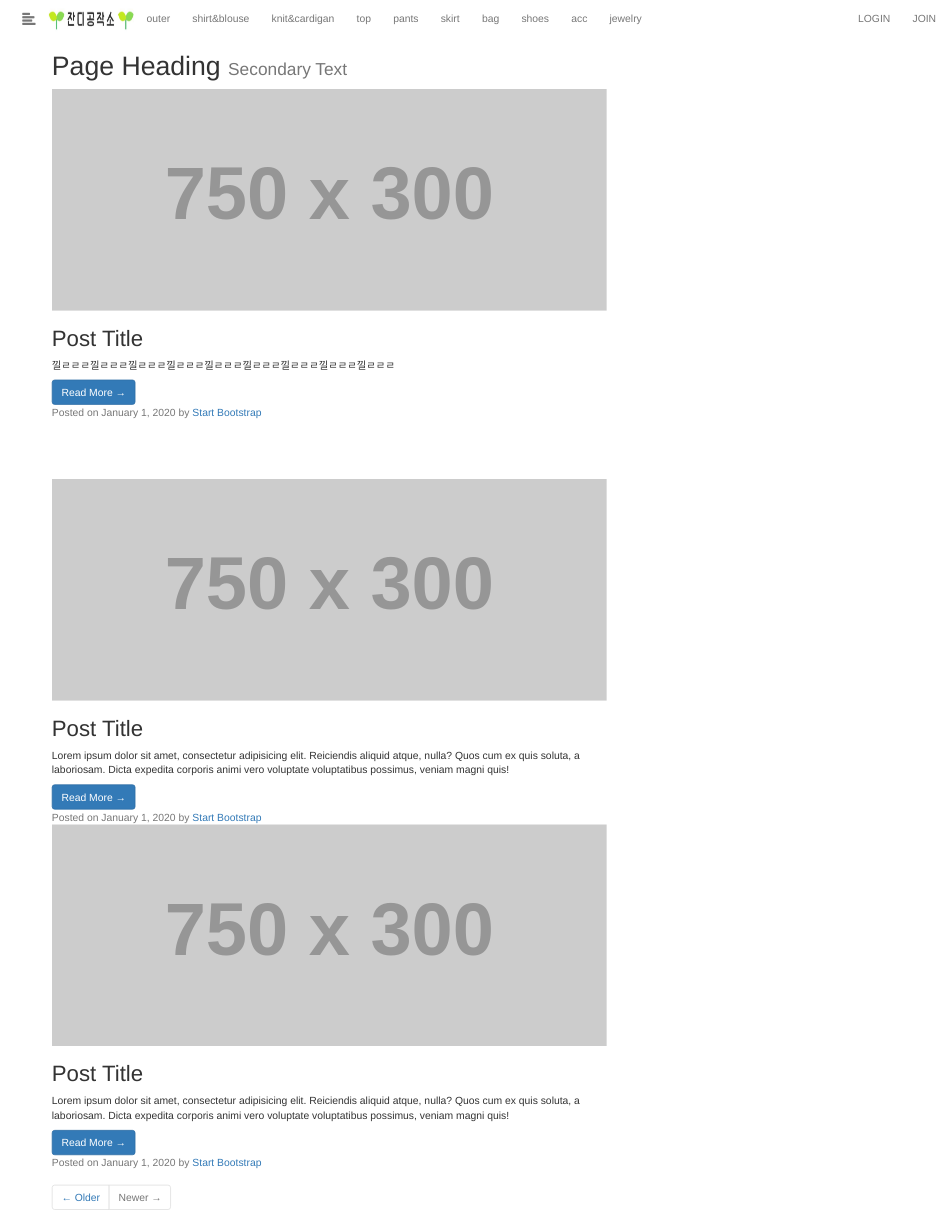
Repository: guddus326/Grass_Farm
Page: http://localhost/Grass_Farm/Main.jsp
These files come from the project's save history. The page is drawn as it stood at one moment and after the next save; the edit follows.
The browser window is 1280 px wide. The pictures show the whole page, at 74% of full size.
Some web libraries are served in a nearby version. The page is served by Tomcat 9. Other server files are loaded and not shown.

Above is the page before, as saved 2020-09-20 14:07:14.

### Grass_Farm/Grass_Farm/WebContent/Main.jsp
<%@ page language="java" contentType="text/html; charset=UTF-8"
	pageEncoding="UTF-8"%>
<!DOCTYPE html>
<html>
    <head>

        <meta
        http-equiv="Content-Type" content="text/html; charset=UTF-8">
        <!-- 뷰포트 -->
        <meta
        name="viewport" content="width=device-width" initial-scale="1">
        <!-- 스타일시트 참조  -->
        <link rel="stylesheet" href="css/bootstrap.min.css">
        <!--<link href="vendor/bootstrap/css/bootstrap.min.css" rel="stylesheet">  -->

        <title>Main</title>
        <style>
        body { padding-top: 50px; }
      	.navbar-fixed-top{
      		background-color: white;
      	}
        .page-header{
            font-family: 'Playfair Display', serif;
            text-align: left;
        }
		</style>
    </head>
    <body>
    <nav class="navbar-fixed-top navbar-default">
        <div class="container-fluid">
            <div class="navbar-header">
                <a class="navbar-brand" href="#">
                    <span class="glyphicon glyphicon-align-left" aria-hidden="true"></span>
                </a>
             </div>
			<div class="navbar-header">
            <a href="Index.jsp"><img alt="Brand" width=120px; height=40px;" style="margin-top: 8px;" src="./img/logo.JPG"></a>
			</div>

          <!-- Collect the nav links, forms, and other content for toggling -->
          <div class="collapse navbar-collapse" id="bs-example-navbar-collapse-1">
            <ul class="nav navbar-nav">
              <li class="active"> <span class="sr-only">(current)</span></li>
              <li><a href="#">outer</a></li>
              <li><a href="#">shirt&blouse</a></li>
              <li><a href="#">knit&cardigan</a></li>
              <li><a href="#">top</a></li>
              <li><a href="#">pants</a></li>
              <li><a href="#">skirt</a></li>
              <li><a href="#">bag</a></li>
              <li><a href="#">shoes</a></li>
              <li><a href="#">acc</a></li>
              <li><a href="#">jewelry</a></li>
            </ul>

            <ul class="nav navbar-nav navbar-right">
              <li><a href="Login.jsp">LOGIN</a></li>
              <li><a href="Join.jsp">JOIN</a></li>
            </ul>
          </div><!-- /.navbar-collapse -->
        </div><!-- /.container-fluid -->
    </nav>

          <!-- Page Content -->
  <div class="container">

    <div class="row">
      <!-- Blog Entries Column -->
      <div class="col-md-8">
        <h1 class="my-4">Page Heading
          <small>Secondary Text</small>
        </h1>


        <!-- Blog Post -->
        <div class="card">
          <img class="card-img-top" src="http://placehold.it/750x300" alt="Card image cap">
          <div class="card-body">
            <h2 class="card-title">Post Title</h2>
            <p class="card-text">낄ㄹㄹㄹ낄ㄹㄹㄹ낄ㄹㄹㄹ낄ㄹㄹㄹ낄ㄹㄹㄹ낄ㄹㄹㄹ낄ㄹㄹㄹ낄ㄹㄹㄹ낄ㄹㄹㄹ</p>
            <a href="#" class="btn btn-primary">Read More &rarr;</a>
          </div>
          <div class="card-footer text-muted">
            Posted on January 1, 2020 by
            <a href="#">Start Bootstrap</a>
          </div>
        </div>

		<br><br><br><br>

        <!-- Blog Post -->
        <div class="card mb-4">
          <img class="card-img-top" src="http://placehold.it/750x300" alt="Card image cap">
          <div class="card-body">
            <h2 class="card-title">Post Title</h2>
            <p class="card-text">Lorem ipsum dolor sit amet, consectetur adipisicing elit. Reiciendis aliquid atque, nulla? Quos cum ex quis soluta, a laboriosam. Dicta expedita corporis animi vero voluptate voluptatibus possimus, veniam magni quis!</p>
            <a href="#" class="btn btn-primary">Read More &rarr;</a>
          </div>
          <div class="card-footer text-muted">
            Posted on January 1, 2020 by
            <a href="#">Start Bootstrap</a>
          </div>
        </div>

        <!-- Blog Post -->
        <div class="card mb-4">
          <img class="card-img-top" src="http://placehold.it/750x300" alt="Card image cap">
          <div class="card-body">
            <h2 class="card-title">Post Title</h2>
            <p class="card-text">Lorem ipsum dolor sit amet, consectetur adipisicing elit. Reiciendis aliquid atque, nulla? Quos cum ex quis soluta, a laboriosam. Dicta expedita corporis animi vero voluptate voluptatibus possimus, veniam magni quis!</p>
            <a href="#" class="btn btn-primary">Read More &rarr;</a>
          </div>
          <div class="card-footer text-muted">
            Posted on January 1, 2020 by
            <a href="#">Start Bootstrap</a>
          </div>
        </div>

        <!-- Pagination -->
        <ul class="pagination justify-content-center mb-4">
          <li class="page-item">
            <a class="page-link" href="#">&larr; Older</a>
          </li>
          <li class="page-item disabled">
            <a class="page-link" href="#">Newer &rarr;</a>
          </li>
        </ul>

      </div>



    </div>
    <!-- /.row -->

  </div>
  <!-- /.container -->

        <!-- 애니매이션 담당 JQUERY -->
        <script src="https://code.jquery.com/jquery-3.1.1.min.js"></script>
        <!-- 부트스트랩 JS  -->
        <script src="js/bootstrap.js"></script>

    </body>
</html>

Loaded but not shown: Grass_Farm/Grass_Farm/WebContent/css/bootstrap.min.css (library); Grass_Farm/Grass_Farm/WebContent/js/bootstrap.js (library)

After the next save:
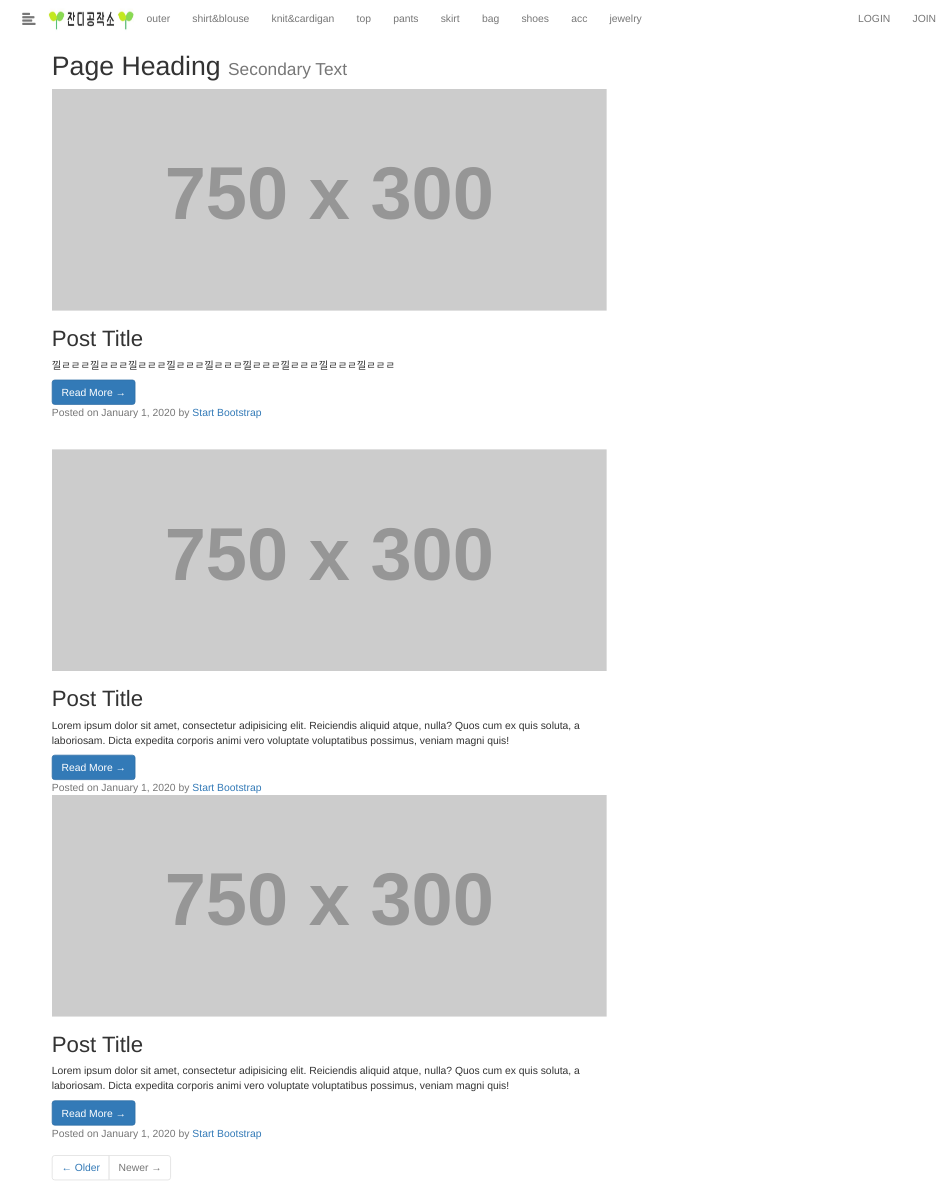
Saved 6 s later.
--- a/Grass_Farm/Grass_Farm/WebContent/Main.jsp
+++ b/Grass_Farm/Grass_Farm/WebContent/Main.jsp
@@ -86,7 +86,7 @@
           </div>
         </div>
 
-		<br><br><br><br>
+		<br><br>
 
         <!-- Blog Post -->
         <div class="card mb-4">
